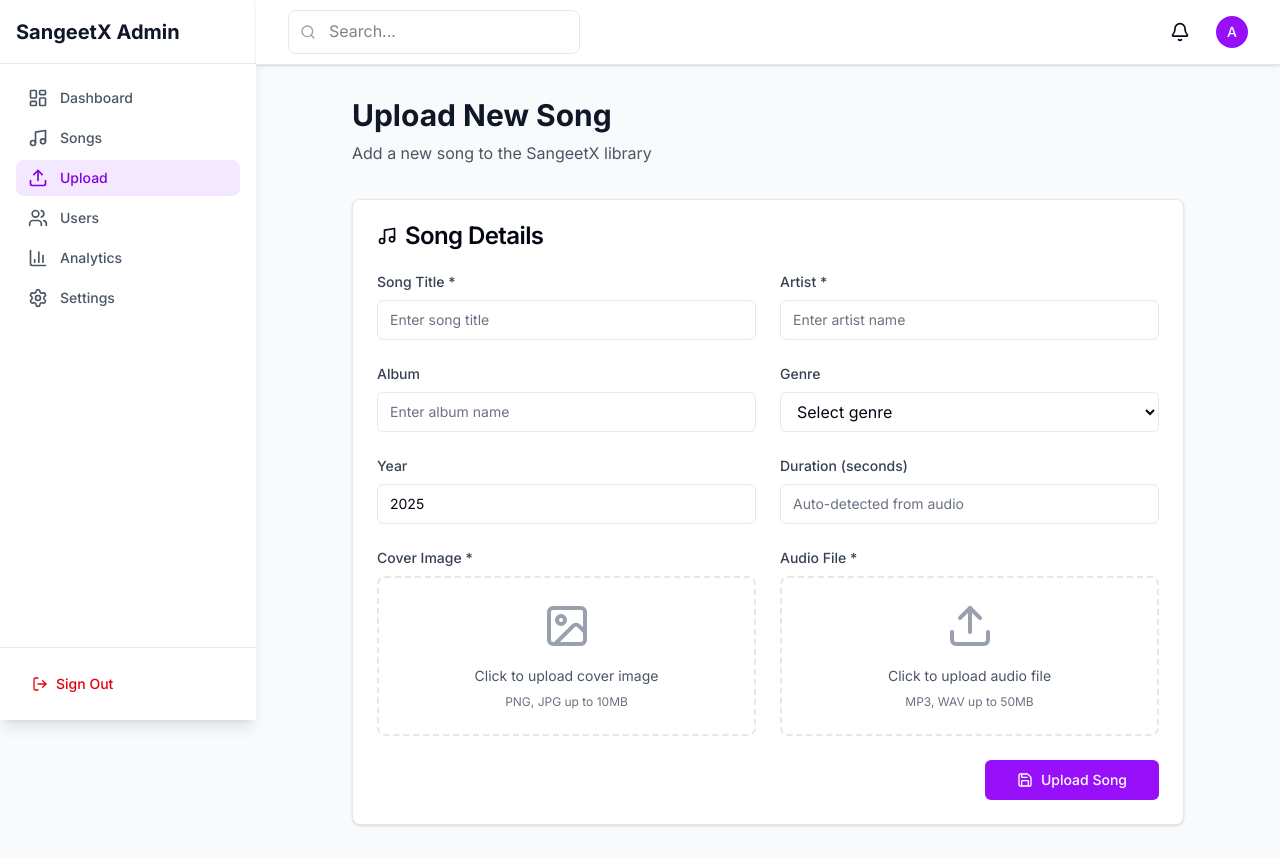
Repository: DiwanMalla/Sangeet-X
Page: /admin/upload
These files come from the project's save history. The page is drawn as it stood at one moment and after the next save; the edit follows.
The browser window is 1280 px wide. The pictures show the whole page.
The project was rebuilt for these pictures with package versions that can differ from the ones it lists, and the page was loaded fresh each time. The framework's server and built-in components were replaced by stand-ins that run in the browser. Also part of the build but not shown: next.config.ts.

Above is the page before, as saved 2025-07-06 00:39:26.

### src/app/admin/upload/page.tsx
"use client";
import React, { useState } from "react";
import Image from "next/image";
import { Button } from "@/components/ui/button";
import { Input } from "@/components/ui/input";
import { Card, CardContent, CardHeader, CardTitle } from "@/components/ui/card";
import {
  Upload,
  Music,
  Image as ImageIcon,
  Save,
  X,
  CheckCircle,
  AlertCircle,
  Loader2,
} from "lucide-react";
import { Song } from "@/lib/types";
import { validateFile, getAudioDuration } from "@/lib/storage";

interface UploadFormData {
  title: string;
  artist: string;
  album: string;
  genre: string;
  year: string;
  duration: string;
  coverFile: File | null;
  audioFile: File | null;
}

export default function AdminUploadPage() {
  const [formData, setFormData] = useState<UploadFormData>({
    title: "",
    artist: "",
    album: "",
    genre: "",
    year: new Date().getFullYear().toString(),
    duration: "",
    coverFile: null,
    audioFile: null,
  });

  const [isUploading, setIsUploading] = useState(false);
  const [uploadProgress, setUploadProgress] = useState(0);
  const [uploadStatus, setUploadStatus] = useState<
    "idle" | "uploading" | "success" | "error"
  >("idle");
  const [uploadMessage, setUploadMessage] = useState("");
  const [coverPreview, setCoverPreview] = useState<string | null>(null);
  const [audioPreview, setAudioPreview] = useState<string | null>(null);

  const genres = [
    "Pop",
    "Rock",
    "Hip-Hop",
    "Electronic",
    "Jazz",
    "Classical",
    "R&B",
    "Country",
    "Reggae",
    "Folk",
    "Blues",
    "Alternative",
    "Indie",
    "Punk",
    "Soul",
    "Metal",
  ];

  const handleInputChange = (field: keyof UploadFormData, value: string) => {
    setFormData((prev) => ({
      ...prev,
      [field]: value,
    }));
  };

  const handleFileChange = async (
    field: "coverFile" | "audioFile",
    file: File | null
  ) => {
    if (!file) {
      setFormData((prev) => ({ ...prev, [field]: null }));
      if (field === "coverFile") setCoverPreview(null);
      if (field === "audioFile") setAudioPreview(null);
      return;
    }

    try {
      // Validate file
      if (field === "coverFile") {
        validateFile(file, "image");
      } else {
        validateFile(file, "audio");
      }

      setFormData((prev) => ({ ...prev, [field]: file }));

      const url = URL.createObjectURL(file);
      if (field === "coverFile") {
        setCoverPreview(url);
      } else if (field === "audioFile") {
        setAudioPreview(url);
        // Get audio duration
        try {
          const duration = await getAudioDuration(file);
          setFormData((prev) => ({ ...prev, duration: duration.toString() }));
        } catch (error) {
          console.error("Error getting audio duration:", error);
        }
      }
    } catch (error) {
      setUploadStatus("error");
      setUploadMessage(
        error instanceof Error ? error.message : "File validation failed"
      );
    }
  };

  const validateForm = (): boolean => {
    if (!formData.title.trim()) {
      setUploadMessage("Song title is required");
      return false;
    }
    if (!formData.artist.trim()) {
      setUploadMessage("Artist name is required");
      return false;
    }
    if (!formData.audioFile) {
      setUploadMessage("Audio file is required");
      return false;
    }
    if (!formData.coverFile) {
      setUploadMessage("Cover image is required");
      return false;
    }
    return true;
  };

  const uploadToCloudinary = async (
    file: File,
    resourceType: "image" | "video"
  ): Promise<string> => {
    const formData = new FormData();
    formData.append("file", file);
    formData.append(
      "upload_preset",
      process.env.NEXT_PUBLIC_CLOUDINARY_UPLOAD_PRESET || "sangeetx_preset"
    );
    formData.append("resource_type", resourceType);
    formData.append("folder", "sangeetx");

    const cloudName = process.env.NEXT_PUBLIC_CLOUDINARY_CLOUD_NAME;
    if (!cloudName) {
      throw new Error("Cloudinary cloud name not configured");
    }

    const response = await fetch(
      `https://api.cloudinary.com/v1_1/${cloudName}/${resourceType}/upload`,
      {
        method: "POST",
        body: formData,
      }
    );

    if (!response.ok) {
      const errorData = await response.json().catch(() => ({}));
      throw new Error(
        `Upload failed: ${errorData.error?.message || response.statusText}`
      );
    }

    const data = await response.json();
    return data.secure_url;
  };

  const handleSubmit = async (e: React.FormEvent) => {
    e.preventDefault();

    if (!validateForm()) {
      setUploadStatus("error");
      return;
    }

    setIsUploading(true);
    setUploadStatus("uploading");
    setUploadProgress(0);
    setUploadMessage("Uploading files...");

    try {
      // Upload cover image
      setUploadMessage("Uploading cover image...");
      setUploadProgress(25);
      const coverUrl = await uploadToCloudinary(formData.coverFile!, "image");

      // Upload audio file
      setUploadMessage("Uploading audio file...");
      setUploadProgress(50);
      const audioUrl = await uploadToCloudinary(formData.audioFile!, "video");

      // Save to database
      setUploadMessage("Saving to database...");
      setUploadProgress(75);

      const songData: Partial<Song> = {
        title: formData.title,
        artist: formData.artist,
        album: formData.album,
        genre: formData.genre,
        year: parseInt(formData.year),
        duration: parseInt(formData.duration),
        coverUrl,
        audioUrl,
        popularity: 0,
        isLiked: false,
        playCount: 0,
        createdAt: new Date(),
        updatedAt: new Date(),
      };

      const response = await fetch("/api/songs", {
        method: "POST",
        headers: {
          "Content-Type": "application/json",
        },
        body: JSON.stringify(songData),
      });

      if (!response.ok) {
        throw new Error("Failed to save song");
      }

      setUploadProgress(100);
      setUploadStatus("success");
      setUploadMessage("Song uploaded successfully!");

      // Reset form
      setTimeout(() => {
        setFormData({
          title: "",
          artist: "",
          album: "",
          genre: "",
          year: new Date().getFullYear().toString(),
          duration: "",
          coverFile: null,
          audioFile: null,
        });
        setCoverPreview(null);
        setAudioPreview(null);
        setUploadStatus("idle");
        setUploadMessage("");
      }, 2000);
    } catch (error) {
      console.error("Upload error:", error);
      setUploadStatus("error");
      setUploadMessage(
        error instanceof Error ? error.message : "Upload failed"
      );
    } finally {
      setIsUploading(false);
    }
  };

  return (
    <div className="min-h-screen bg-gray-50 dark:bg-gray-900 py-8">
      <div className="max-w-4xl mx-auto px-4 sm:px-6 lg:px-8">
        <div className="mb-8">
          <h1 className="text-3xl font-bold text-gray-900 dark:text-white">
            Upload New Song
          </h1>
          <p className="mt-2 text-gray-600 dark:text-gray-400">
            Add a new song to the SangeetX library
          </p>
        </div>

        <Card>
          <CardHeader>
            <CardTitle className="flex items-center space-x-2">
              <Music className="h-5 w-5" />
              <span>Song Details</span>
            </CardTitle>
          </CardHeader>
          <CardContent>
            <form onSubmit={handleSubmit} className="space-y-6">
              {/* Basic Info */}
              <div className="grid grid-cols-1 md:grid-cols-2 gap-6">
                <div>
                  <label className="block text-sm font-medium text-gray-700 dark:text-gray-300 mb-2">
                    Song Title *
                  </label>
                  <Input
                    type="text"
                    value={formData.title}
                    onChange={(e) => handleInputChange("title", e.target.value)}
                    placeholder="Enter song title"
                    required
                  />
                </div>

                <div>
                  <label className="block text-sm font-medium text-gray-700 dark:text-gray-300 mb-2">
                    Artist *
                  </label>
                  <Input
                    type="text"
                    value={formData.artist}
                    onChange={(e) =>
                      handleInputChange("artist", e.target.value)
                    }
                    placeholder="Enter artist name"
                    required
                  />
                </div>

                <div>
                  <label className="block text-sm font-medium text-gray-700 dark:text-gray-300 mb-2">
                    Album
                  </label>
                  <Input
                    type="text"
                    value={formData.album}
                    onChange={(e) => handleInputChange("album", e.target.value)}
                    placeholder="Enter album name"
                  />
                </div>

                <div>
                  <label className="block text-sm font-medium text-gray-700 dark:text-gray-300 mb-2">
                    Genre
                  </label>
                  <select
                    value={formData.genre}
                    onChange={(e) => handleInputChange("genre", e.target.value)}
                    className="w-full h-10 px-3 rounded-md border border-gray-200 bg-white dark:border-gray-800 dark:bg-gray-950 dark:text-white"
                  >
                    <option value="">Select genre</option>
                    {genres.map((genre) => (
                      <option key={genre} value={genre}>
                        {genre}
                      </option>
                    ))}
                  </select>
                </div>

                <div>
                  <label className="block text-sm font-medium text-gray-700 dark:text-gray-300 mb-2">
                    Year
                  </label>
                  <Input
                    type="number"
                    value={formData.year}
                    onChange={(e) => handleInputChange("year", e.target.value)}
                    placeholder="Enter release year"
                    min="1900"
                    max={new Date().getFullYear()}
                  />
                </div>

                <div>
                  <label className="block text-sm font-medium text-gray-700 dark:text-gray-300 mb-2">
                    Duration (seconds)
                  </label>
                  <Input
                    type="number"
                    value={formData.duration}
                    onChange={(e) =>
                      handleInputChange("duration", e.target.value)
                    }
                    placeholder="Auto-detected from audio"
                    readOnly
                  />
                </div>
              </div>

              {/* File Uploads */}
              <div className="grid grid-cols-1 md:grid-cols-2 gap-6">
                {/* Cover Image Upload */}
                <div>
                  <label className="block text-sm font-medium text-gray-700 dark:text-gray-300 mb-2">
                    Cover Image *
                  </label>
                  <div className="border-2 border-dashed border-gray-300 dark:border-gray-600 rounded-lg p-6 text-center">
                    {coverPreview ? (
                      <div className="relative">
                        <Image
                          src={coverPreview}
                          alt="Cover preview"
                          width={200}
                          height={200}
                          className="mx-auto rounded-lg"
                        />
                        <Button
                          type="button"
                          variant="outline"
                          size="sm"
                          className="mt-4"
                          onClick={() => {
                            handleFileChange("coverFile", null);
                            setCoverPreview(null);
                          }}
                        >
                          <X className="h-4 w-4 mr-2" />
                          Remove
                        </Button>
                      </div>
                    ) : (
                      <div>
                        <ImageIcon className="h-12 w-12 text-gray-400 mx-auto mb-4" />
                        <p className="text-sm text-gray-600 dark:text-gray-400 mb-2">
                          Click to upload cover image
                        </p>
                        <p className="text-xs text-gray-500">
                          PNG, JPG up to 10MB
                        </p>
                      </div>
                    )}
                    <input
                      type="file"
                      accept="image/*"
                      onChange={(e) =>
                        handleFileChange(
                          "coverFile",
                          e.target.files?.[0] || null
                        )
                      }
                      className="absolute inset-0 w-full h-full opacity-0 cursor-pointer"
                    />
                  </div>
                </div>

                {/* Audio Upload */}
                <div>
                  <label className="block text-sm font-medium text-gray-700 dark:text-gray-300 mb-2">
                    Audio File *
                  </label>
                  <div className="border-2 border-dashed border-gray-300 dark:border-gray-600 rounded-lg p-6 text-center">
                    {audioPreview ? (
                      <div>
                        <div className="flex items-center justify-center mb-4">
                          <Music className="h-12 w-12 text-green-500" />
                        </div>
                        <p className="text-sm text-gray-600 dark:text-gray-400 mb-2">
                          {formData.audioFile?.name}
                        </p>
                        <audio controls className="w-full mb-4">
                          <source src={audioPreview} type="audio/mpeg" />
                          Your browser does not support the audio element.
                        </audio>
                        <Button
                          type="button"
                          variant="outline"
                          size="sm"
                          onClick={() => {
                            handleFileChange("audioFile", null);
                            setAudioPreview(null);
                          }}
                        >
                          <X className="h-4 w-4 mr-2" />
                          Remove
                        </Button>
                      </div>
                    ) : (
                      <div>
                        <Upload className="h-12 w-12 text-gray-400 mx-auto mb-4" />
                        <p className="text-sm text-gray-600 dark:text-gray-400 mb-2">
                          Click to upload audio file
                        </p>
                        <p className="text-xs text-gray-500">
                          MP3, WAV up to 50MB
                        </p>
                      </div>
                    )}
                    <input
                      type="file"
                      accept="audio/*"
                      onChange={(e) =>
                        handleFileChange(
                          "audioFile",
                          e.target.files?.[0] || null
                        )
                      }
                      className="absolute inset-0 w-full h-full opacity-0 cursor-pointer"
                    />
                  </div>
                </div>
              </div>

              {/* Upload Status */}
              {uploadStatus !== "idle" && (
                <div className="rounded-lg bg-gray-50 dark:bg-gray-800 p-4">
                  <div className="flex items-center space-x-3">
                    {uploadStatus === "uploading" && (
                      <Loader2 className="h-5 w-5 animate-spin text-blue-500" />
                    )}
                    {uploadStatus === "success" && (
                      <CheckCircle className="h-5 w-5 text-green-500" />
                    )}
                    {uploadStatus === "error" && (
                      <AlertCircle className="h-5 w-5 text-red-500" />
                    )}
                    <div className="flex-1">
                      <p className="text-sm font-medium text-gray-900 dark:text-white">
                        {uploadMessage}
                      </p>
                      {uploadStatus === "uploading" && (
                        <div className="mt-2 w-full bg-gray-200 dark:bg-gray-700 rounded-full h-2">
                          <div
                            className="bg-blue-500 h-2 rounded-full transition-all duration-300"
                            style={{ width: `${uploadProgress}%` }}
                          />
                        </div>
                      )}
                    </div>
                  </div>
                </div>
              )}

              {/* Submit Button */}
              <div className="flex justify-end">
                <Button type="submit" disabled={isUploading} className="px-8">
                  {isUploading ? (
                    <>
                      <Loader2 className="h-4 w-4 mr-2 animate-spin" />
                      Uploading...
                    </>
                  ) : (
                    <>
                      <Save className="h-4 w-4 mr-2" />
                      Upload Song
                    </>
                  )}
                </Button>
              </div>
            </form>
          </CardContent>
        </Card>
      </div>
    </div>
  );
}

Loaded but not shown: src/app/admin/layout.tsx (189 lines, source omitted); src/lib/storage.ts (162 lines, source omitted); src/app/globals.css (195 lines, source omitted); src/components/ui/card.tsx (85 lines, source omitted); src/components/ui/button.tsx (42 lines, source omitted); src/lib/utils.ts (46 lines, source omitted); src/components/ui/input.tsx (30 lines, source omitted); src/app/layout.tsx (74 lines, source omitted)

After the next save:
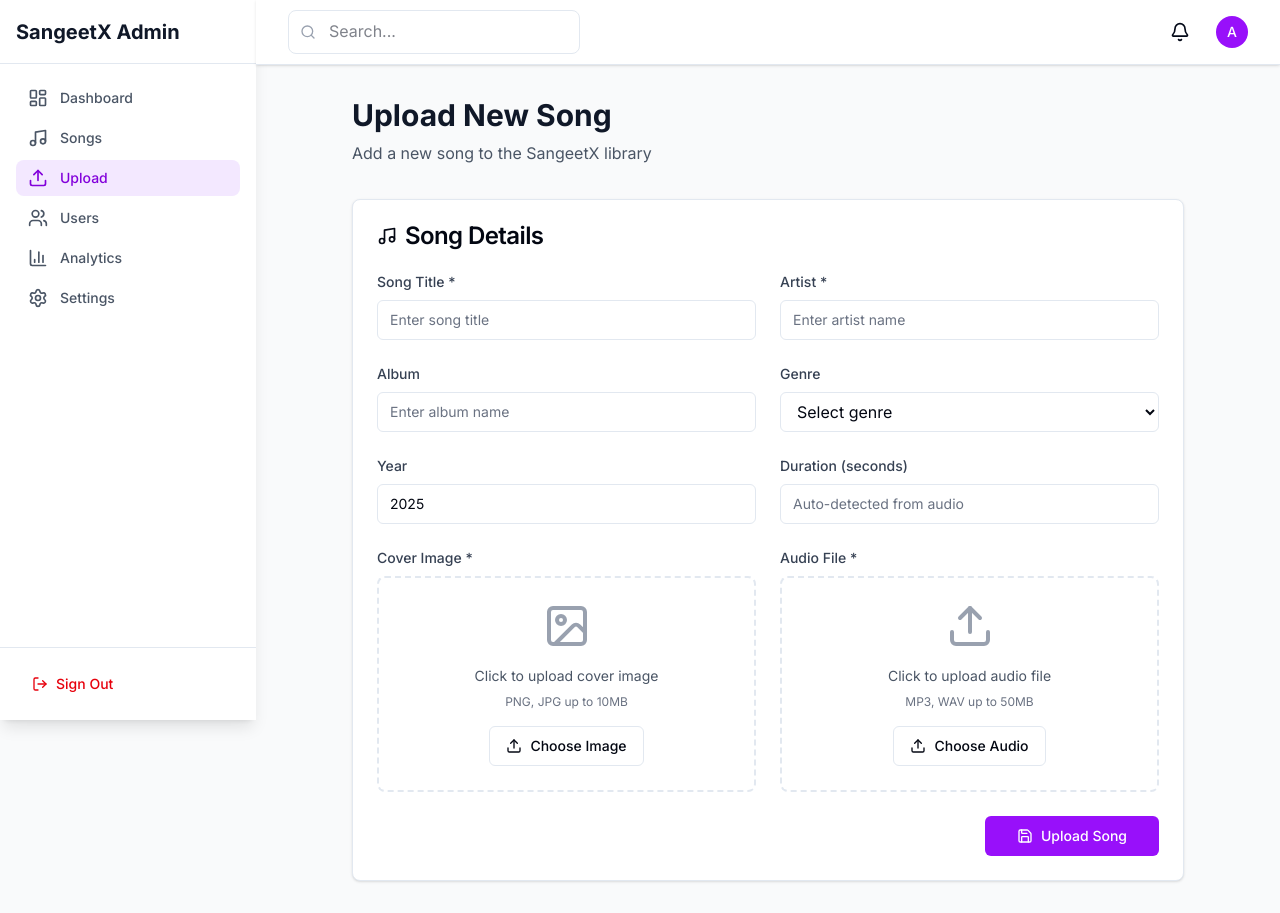
Saved 99 s later.
--- a/src/app/admin/upload/page.tsx
+++ b/src/app/admin/upload/page.tsx
@@ -380,7 +380,7 @@
                   <label className="block text-sm font-medium text-gray-700 dark:text-gray-300 mb-2">
                     Cover Image *
                   </label>
-                  <div className="border-2 border-dashed border-gray-300 dark:border-gray-600 rounded-lg p-6 text-center">
+                  <div className="relative border-2 border-dashed border-gray-300 dark:border-gray-600 rounded-lg p-6 text-center hover:border-purple-400 transition-colors">
                     {coverPreview ? (
                       <div className="relative">
                         <Image
@@ -413,9 +413,19 @@
                         <p className="text-xs text-gray-500">
                           PNG, JPG up to 10MB
                         </p>
+                        <Button
+                          type="button"
+                          variant="outline"
+                          className="mt-4"
+                          onClick={() => document.getElementById('cover-file-input')?.click()}
+                        >
+                          <Upload className="h-4 w-4 mr-2" />
+                          Choose Image
+                        </Button>
                       </div>
                     )}
                     <input
+                      id="cover-file-input"
                       type="file"
                       accept="image/*"
                       onChange={(e) =>
@@ -424,7 +434,7 @@
                           e.target.files?.[0] || null
                         )
                       }
-                      className="absolute inset-0 w-full h-full opacity-0 cursor-pointer"
+                      className="hidden"
                     />
                   </div>
                 </div>
@@ -434,7 +444,7 @@
                   <label className="block text-sm font-medium text-gray-700 dark:text-gray-300 mb-2">
                     Audio File *
                   </label>
-                  <div className="border-2 border-dashed border-gray-300 dark:border-gray-600 rounded-lg p-6 text-center">
+                  <div className="relative border-2 border-dashed border-gray-300 dark:border-gray-600 rounded-lg p-6 text-center hover:border-purple-400 transition-colors">
                     {audioPreview ? (
                       <div>
                         <div className="flex items-center justify-center mb-4">
@@ -469,9 +479,19 @@
                         <p className="text-xs text-gray-500">
                           MP3, WAV up to 50MB
                         </p>
+                        <Button
+                          type="button"
+                          variant="outline"
+                          className="mt-4"
+                          onClick={() => document.getElementById('audio-file-input')?.click()}
+                        >
+                          <Upload className="h-4 w-4 mr-2" />
+                          Choose Audio
+                        </Button>
                       </div>
                     )}
                     <input
+                      id="audio-file-input"
                       type="file"
                       accept="audio/*"
                       onChange={(e) =>
@@ -480,7 +500,7 @@
                           e.target.files?.[0] || null
                         )
                       }
-                      className="absolute inset-0 w-full h-full opacity-0 cursor-pointer"
+                      className="hidden"
                     />
                   </div>
                 </div>
